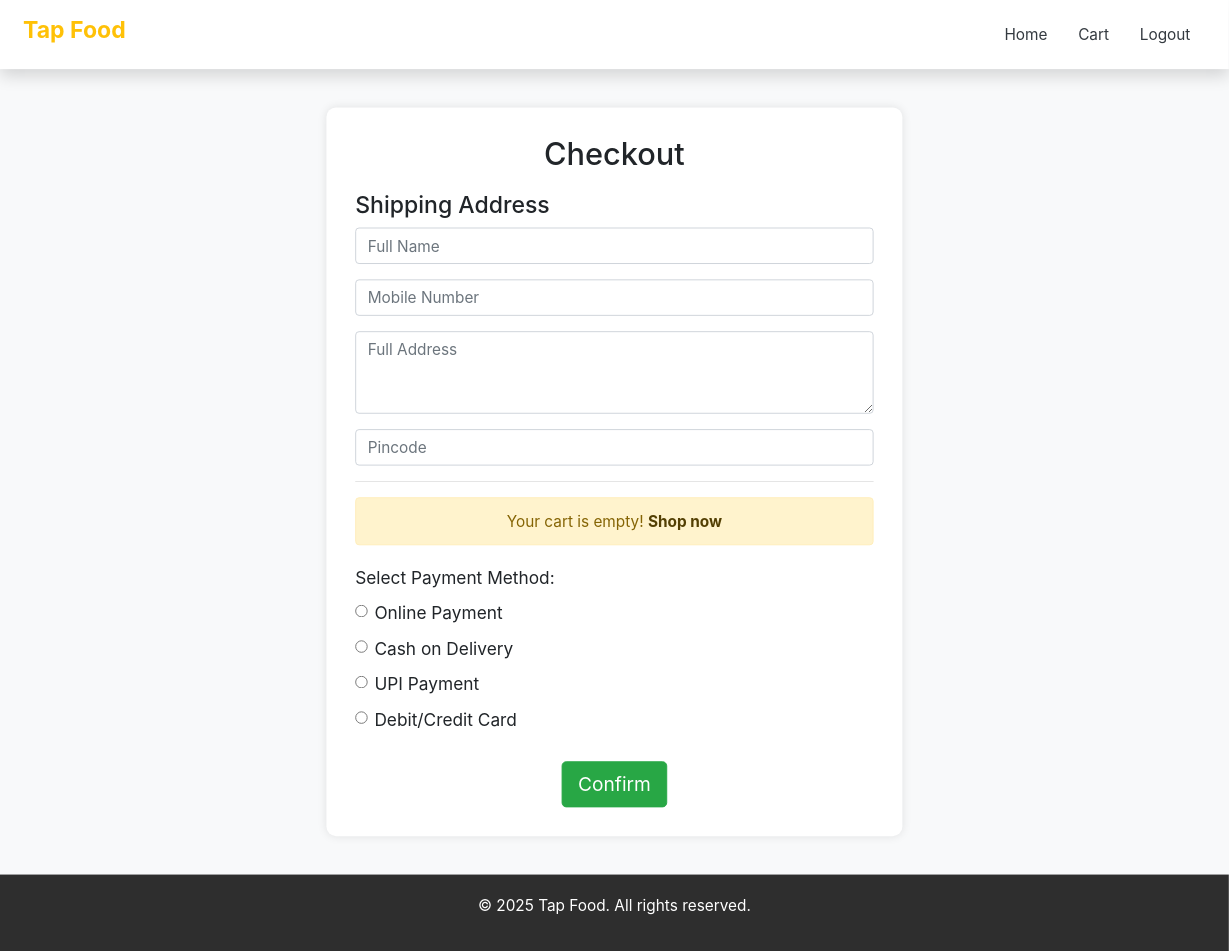
Repository: Rupeswarbhainsa777/Food-Web-App
Page: http://localhost/TapFoodApp/CheckOut.jsp
These files come from the project's save history. The page is drawn as it stood at one moment and after the next save; the edit follows.
The browser window is 1280 px wide. The pictures show the whole page, at 96% of full size.
The page is served by Tomcat 10. Other server files are loaded and not shown.

Above is the page before, as saved 2025-04-28 12:26:38.

### TapFoodApp/src/main/webapp/CheckOut.jsp
<%@ page language="java" contentType="text/html; charset=UTF-8" pageEncoding="UTF-8"%>
<%@ page import="com.tap.modeal.Cart" %>
<%@ page import="com.tap.modeal.CartItem" %>
<%@ page import="java.util.*" %>

<!DOCTYPE html>
<html lang="en">
<head>
<meta charset="UTF-8">
<title>Checkout - Tap Food</title>
<link rel="stylesheet" href="https://stackpath.bootstrapcdn.com/bootstrap/4.5.2/css/bootstrap.min.css">

<style>
body { background-color: #f8f9fa; }
.checkout-container { max-width: 600px; margin: 40px auto; background: white; padding: 30px; border-radius: 10px; box-shadow: 0px 0px 10px rgba(0,0,0,0.1); }
h2 { margin-bottom: 20px; }
.payment-methods { margin-top: 20px; }
.payment-methods label { display: block; margin-bottom: 10px; font-size: 18px; }
.place-order-btn { margin-top: 30px; }
.footer { background-color: #2e2e2e; color: white; padding: 20px 0; margin-top: 40px; text-align: center; }
</style>

</head>
<body>

<header class="d-flex justify-content-between align-items-center px-4 py-3 shadow bg-white">
    <div class="h4 text-warning font-weight-bold">Tap Food</div>
    <nav>
        <ul class="nav">
            <li class="nav-item"><a class="nav-link text-dark" href="home.jsp">Home</a></li>
            <li class="nav-item"><a class="nav-link text-dark" href="cart.jsp">Cart</a></li>
            <li class="nav-item"><a class="nav-link text-dark" href="LogoutServlet">Logout</a></li>
        </ul>
    </nav>
</header>

<div class="checkout-container">
    <h2 class="text-center">Checkout</h2>

    <form action="ChecketOutServlet" method="post">

        <!-- Address Section -->
        <h4>Shipping Address</h4>
        <div class="form-group"><input type="text" class="form-control" name="fullName" placeholder="Full Name" required></div>
        <div class="form-group"><input type="text" class="form-control" name="mobileNumber" placeholder="Mobile Number" required></div>
        <div class="form-group"><textarea class="form-control" name="fullAddress" rows="3" placeholder="Full Address" required></textarea></div>
        <div class="form-group"><input type="text" class="form-control" name="pincode" placeholder="Pincode" required></div>

        <hr>

        <!-- Total Amount -->
        <%
        Cart cart = (Cart) session.getAttribute("cart");
        double totalAmount = 0.0;
        if (cart != null && !cart.getItems().isEmpty()) {
            for (CartItem item : cart.getItems().values()) {
                totalAmount += item.getPrice() * item.getQuantity();
            }
        %>
        <div class="form-group">
            <label>Total Amount:</label>
            <input type="text" class="form-control" value="₹<%= String.format("%.2f", totalAmount) %>" readonly>
            <input type="hidden" name="totalAmount" value="<%= totalAmount %>">
        </div>
        <% } else { %>
        <div class="alert alert-warning text-center">
            Your cart is empty! <a href="home.jsp" class="alert-link">Shop now</a>
        </div>
        <% } %>

        <!-- Payment Methods -->
        <div class="payment-methods">
            <label>Select Payment Method:</label>
            <div class="form-check"><input class="form-check-input" type="radio" name="paymentMethod" value="Online" required><label class="form-check-label">Online Payment</label></div>
            <div class="form-check"><input class="form-check-input" type="radio" name="paymentMethod" value="Cash"><label class="form-check-label">Cash on Delivery</label></div>
            <div class="form-check"><input class="form-check-input" type="radio" name="paymentMethod" value="UPI"><label class="form-check-label">UPI Payment</label></div>
            <div class="form-check"><input class="form-check-input" type="radio" name="paymentMethod" value="Card"><label class="form-check-label">Debit/Credit Card</label></div>
        </div>

        <!-- Place Order Button -->

        <div class="text-center place-order-btn">
            <button type="submit" class="btn btn-success btn-lg">Confirm</button>
        </div>

    </form>
</div>

<footer class="footer">
    <p>&copy; 2025 Tap Food. All rights reserved.</p>
</footer>

</body>
</html>

After the next save:
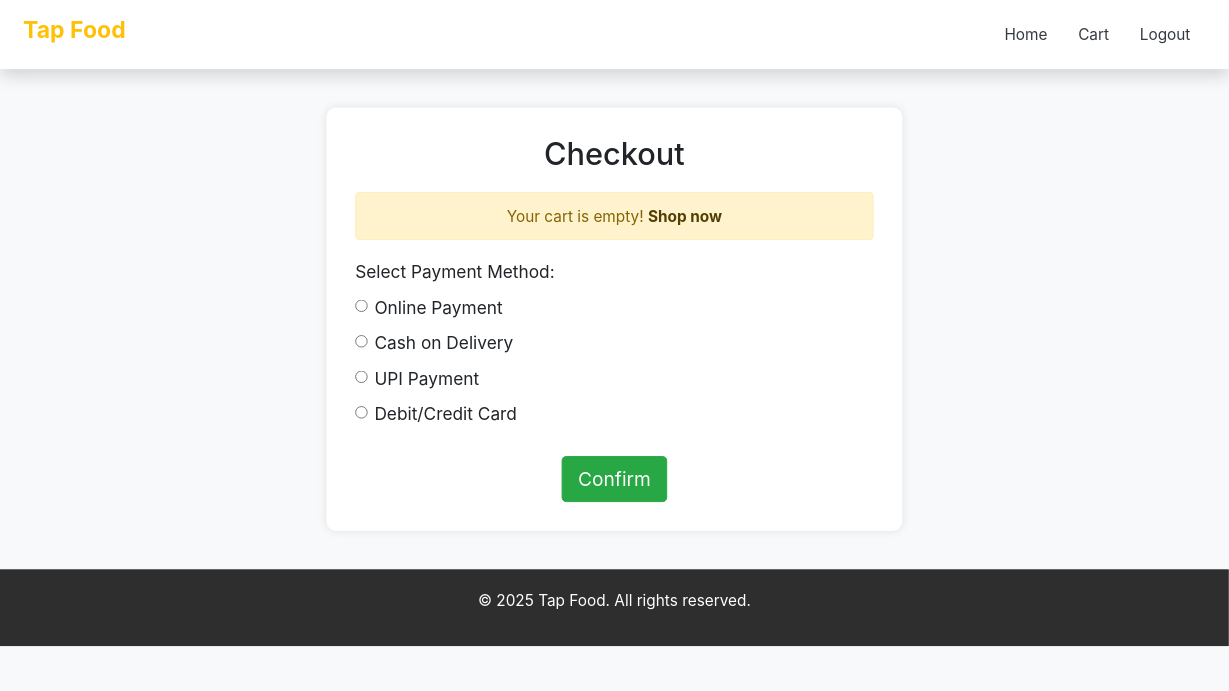
Saved 4 min 54 s later.
--- a/TapFoodApp/src/main/webapp/CheckOut.jsp
+++ b/TapFoodApp/src/main/webapp/CheckOut.jsp
@@ -39,14 +39,7 @@
 
     <form action="ChecketOutServlet" method="post">
 
-        <!-- Address Section -->
-        <h4>Shipping Address</h4>
-        <div class="form-group"><input type="text" class="form-control" name="fullName" placeholder="Full Name" required></div>
-        <div class="form-group"><input type="text" class="form-control" name="mobileNumber" placeholder="Mobile Number" required></div>
-        <div class="form-group"><textarea class="form-control" name="fullAddress" rows="3" placeholder="Full Address" required></textarea></div>
-        <div class="form-group"><input type="text" class="form-control" name="pincode" placeholder="Pincode" required></div>
 
-        <hr>
 
         <!-- Total Amount -->
         <%

After the save that followed:
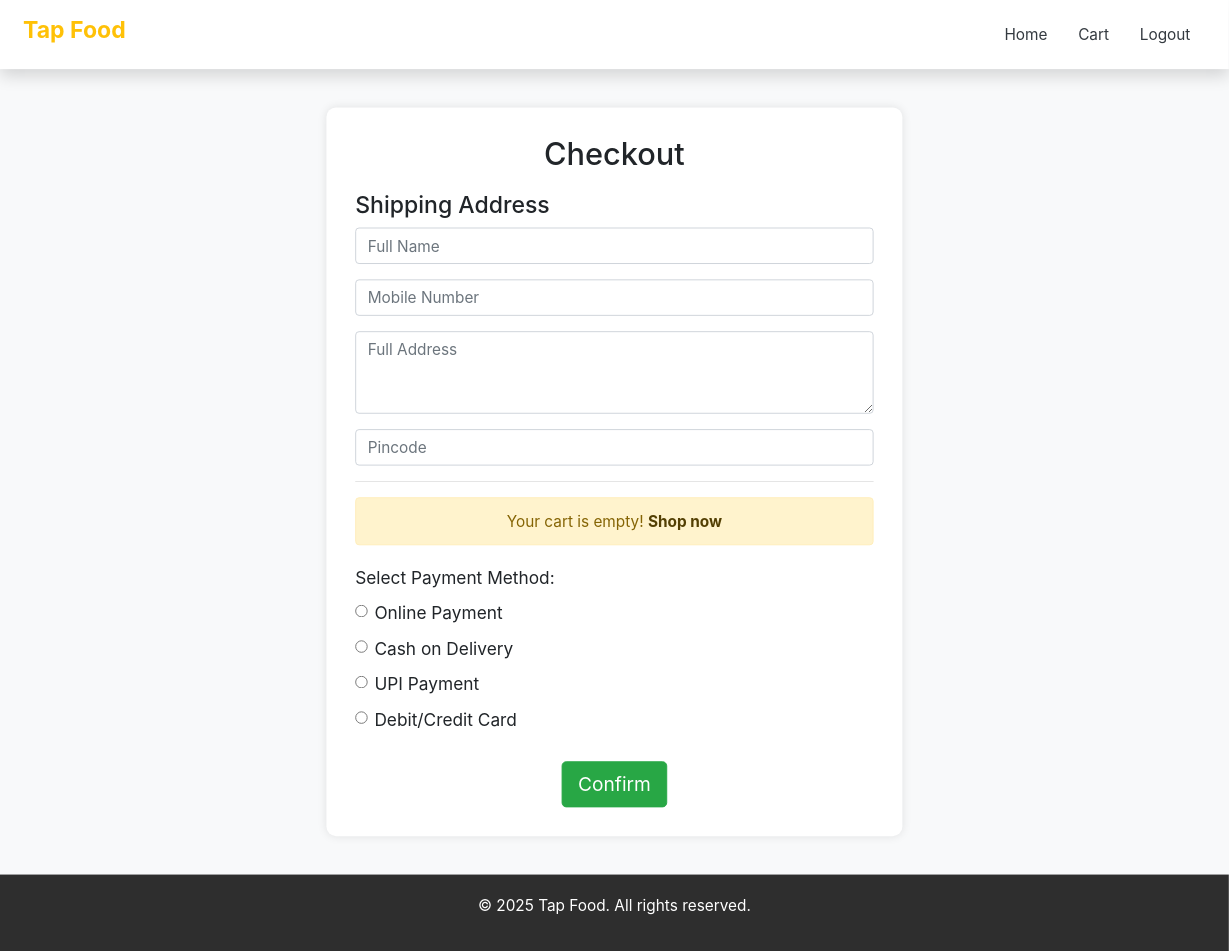
Saved 23 s later.
--- a/TapFoodApp/src/main/webapp/CheckOut.jsp
+++ b/TapFoodApp/src/main/webapp/CheckOut.jsp
@@ -39,7 +39,14 @@
 
     <form action="ChecketOutServlet" method="post">
 
+        <!-- Address Section -->
+        <h4>Shipping Address</h4>
+        <div class="form-group"><input type="text" class="form-control" name="fullName" placeholder="Full Name" required></div>
+        <div class="form-group"><input type="text" class="form-control" name="mobileNumber" placeholder="Mobile Number" required></div>
+        <div class="form-group"><textarea class="form-control" name="fullAddress" rows="3" placeholder="Full Address" required></textarea></div>
+        <div class="form-group"><input type="text" class="form-control" name="pincode" placeholder="Pincode" required></div>
 
+        <hr>
 
         <!-- Total Amount -->
         <%
